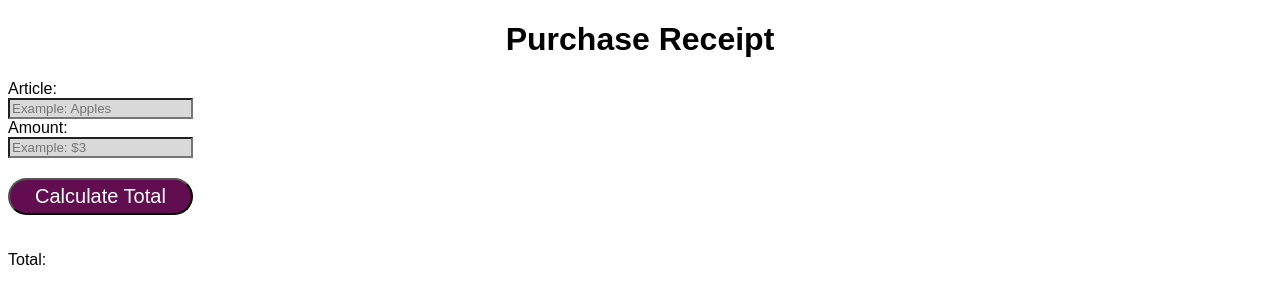
Repository: cokoduwa/js-study-group
Page: exercises/01/index.html
These files come from the project's save history. The page is drawn as it stood at one moment and after the next save; the edit follows.
The browser window is 1280 px wide. The pictures show the whole page.

Above is the page before, as saved 2023-02-14 21:37:05.

### exercises/01/index.html
<!DOCTYPE html>
<html lang="en">
<head>
    <meta charset="UTF-8">
    <meta http-equiv="X-UA-Compatible" content="IE=edge">
    <meta name="viewport" content="width=device-width, initial-scale=1.0">
    <link rel="stylesheet" href="index.css">

    <title>Coding Warmer - E1 </title>
</head>
<body>


        <h1>Purchase Receipt</h1>


        <section>
            <div>
             <div>
                 <ion-label>Article:</ion-label>
             </div>
               <div>
                  <input placeholder="Example: Apples" id="description"/>
               </div>
            </div>

            <div>
                <div>
                    <ion-label>Amount:</ion-label>
                </div>
                <div>
                    <input placeholder="Example: $3" id="amount"></input>
                </div>
            </div>

            <div>
                <div>
                    <button>Calculate Total</button>
                </div>
            </div>

            <div>
                <div>
                    <ul id="ticket">
                        <!--List of ticket articles here-->
                    </ul>
                </div>
            </div>
            <p id="total">
                Total: <!--Total here-->
            </p>
        </section>

</body>
<script src="index.js"></script>
</html>

### exercises/01/index.css
body {
    font-family: Arial, Helvetica, sans-serif;
}

section {
    margin: 0 auto;
}

h1 {
    text-align: center;
}

input {
    background-color: #D9D9D9;
}

button {
    background-color: #620D4F;
    margin: 20px 0;
    color: white;
    border-radius: 20px;
    font-size: 20px;
    padding: 5px 25px
}

Loaded but not shown: exercises/01/index.js (no stored copy; drawn as an empty file)

After the next save:
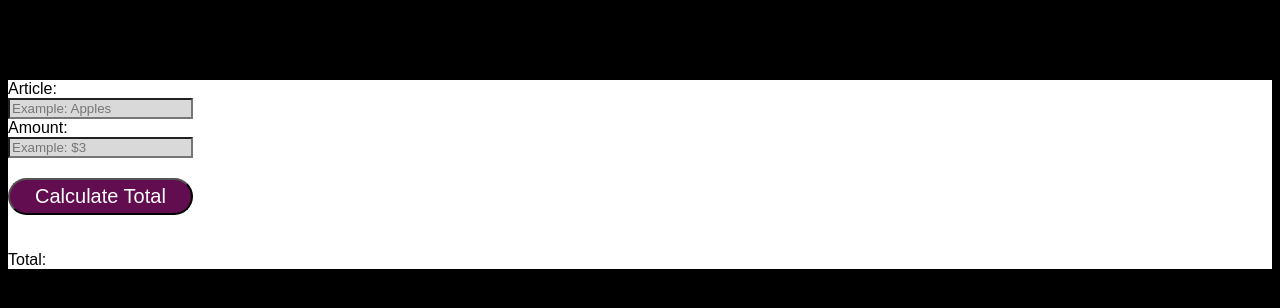
Saved 89 s later.
--- a/exercises/01/index.css
+++ b/exercises/01/index.css
@@ -1,9 +1,11 @@
 body {
     font-family: Arial, Helvetica, sans-serif;
+    background-color: black;
 }
 
 section {
     margin: 0 auto;
+    background-color: white;
 }
 
 h1 {
